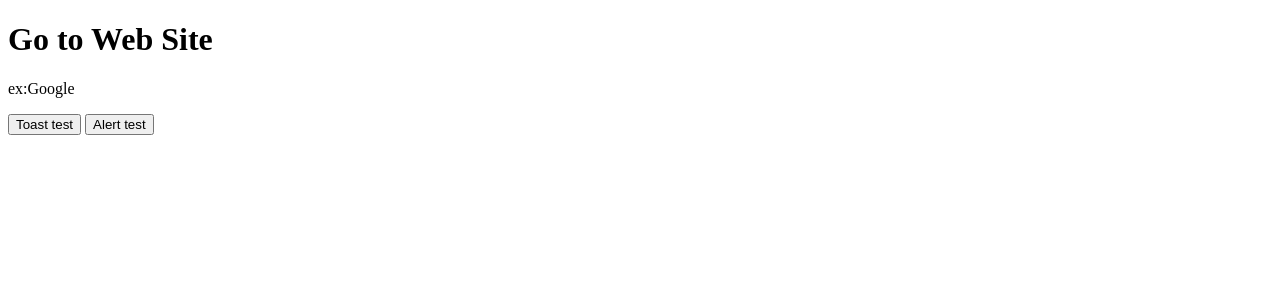
Repository: kenshiryu7/mdv-projects
Page: MDF3/project_4/Project4/assets/index.html
The author's editor kept a copy of each file at every save. The page is drawn from the files as they stood at one save, then again after the next save.
The browser window is 1280 px wide. The pictures show the whole page.

Above is the page before, as saved 2013-02-27 20:16:41.

### MDF3/project_4/Project4/assets/index.html
<!DOCTYPE html>
<html>
	<head>
	<meta http-equiv="Content-Type" content="text/html; charset=UTF-8">

	<title>The HTML Stuff</title>
	</head>

	<body>

	</body>
	<h1>Go to Web Site</h1>
	<p id="mytext">ex:Google</p>

	<input type="button" value="Toast test" onclick="showAndroidToast('Yo Chump!')"/>

	<input type="button" value="Alert test" onclick="openAndroidDialog()"/>

		<script language="type">

			function showAndroidToast(toast) {
				Android.showToast(toast);

			}

			function openAndroidDialog() {
				Android.openAndroidDialog():
			}

			function callFromActivity(message) {
				document.getElementById("mytext").innerHTML = message;
			}

		</script>
</html>

After the next save:
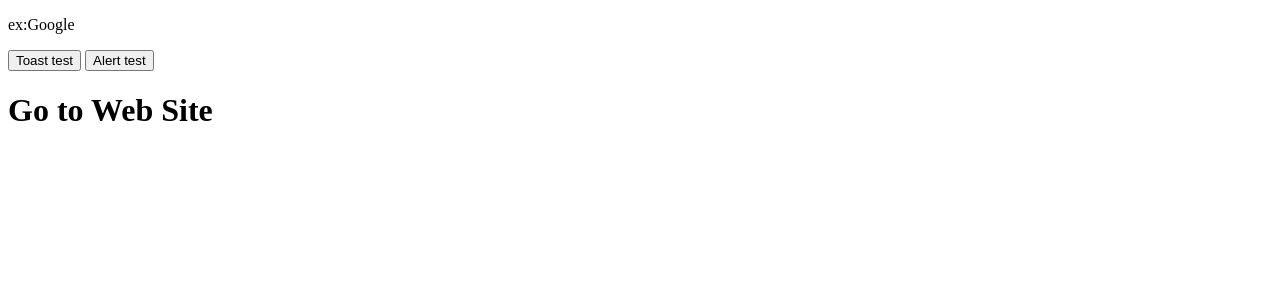
Saved 2 min 30 s later.
--- a/MDF3/project_4/Project4/assets/index.html
+++ b/MDF3/project_4/Project4/assets/index.html
@@ -7,14 +7,13 @@
 	</head>
 
 	<body>
-
-	</body>
-	<h1>Go to Web Site</h1>
 	<p id="mytext">ex:Google</p>
 
 	<input type="button" value="Toast test" onclick="showAndroidToast('Yo Chump!')"/>
 
 	<input type="button" value="Alert test" onclick="openAndroidDialog()"/>
+	</body>
+	<h1>Go to Web Site</h1>
 
 		<script language="type">
 

After the save that followed:
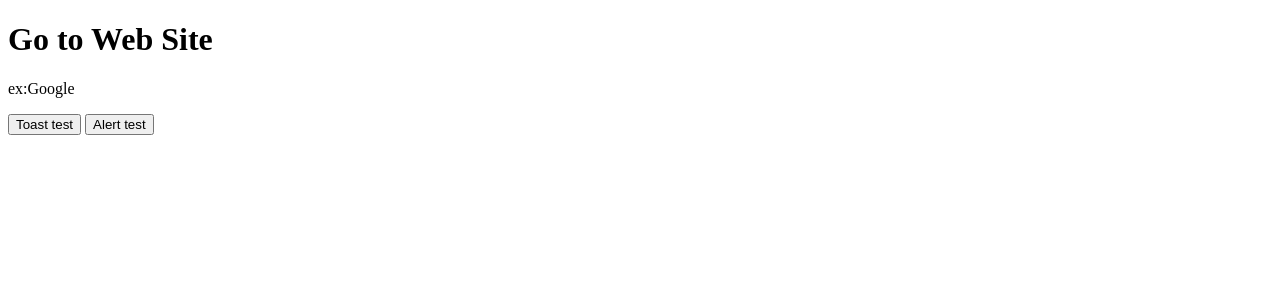
Saved 23 s later.
--- a/MDF3/project_4/Project4/assets/index.html
+++ b/MDF3/project_4/Project4/assets/index.html
@@ -6,6 +6,7 @@
 	<title>The HTML Stuff</title>
 	</head>
 
+	<h1>Go to Web Site</h1>
 	<body>
 	<p id="mytext">ex:Google</p>
 
@@ -13,7 +14,7 @@
 
 	<input type="button" value="Alert test" onclick="openAndroidDialog()"/>
 	</body>
-	<h1>Go to Web Site</h1>
+
 
 		<script language="type">
 
